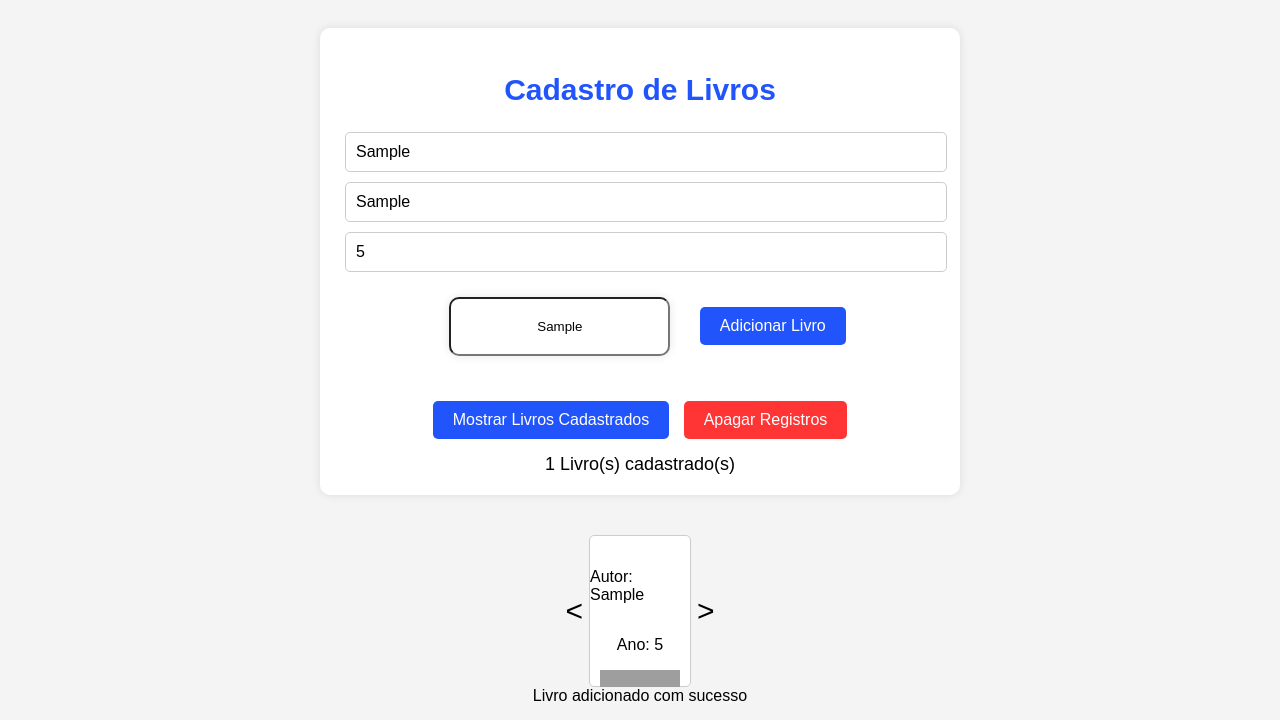
Repository: Matheus904-12/JS-BIN
Page: index.html
These files come from the project's save history. The page is drawn as it stood at one moment and after a run of saves; the edit follows.
The browser window is 1280 px wide. The pictures show the whole page.
Empty fields were first filled with sample values (such as "Sample", 5 or name@example.com).
After loading, the first visible `#adicionar` was clicked once.
Pictures or frames that could not be fetched are drawn as grey boxes.

Above is the page before, as saved 2023-09-10 21:29:16.

### index.html
<!DOCTYPE html>
<html lang="pt-br">

<head>
    <meta charset="UTF-8">
    <meta name="viewport" content="width=device-width, initial-scale=1.0">
    <title>Biblioteca</title>
    <link rel="stylesheet" href="style.css">
</head>

<body>
    <section class="container">
        <h1 class="titulo">Cadastro de Livros</h1>
        <div class="formulario">
            <input class="input" id="nome" placeholder="Título do Livro" type="text">
            <input class="input" id="autor" placeholder="Autor" type="text">
            <input class="input" id="ano" placeholder="Ano de Publicação" type="number">
            <input class="container form txt" id="urlImagem" placeholder="URL da Imagem" type="text">

            <button class="botao" id="adicionar">Adicionar Livro</button>
        </div>
        <div class="botoes">
            <button class="botao" id="mostrar">Mostrar Livros Cadastrados</button>
            <button class="botao" id="remover">Apagar Registros</button>
        </div>
        <div id="information" class="informacao"></div>
    </section>

    <section class="carrossel">
        <button class="seta" id="ante">&lt;</button>
        <div id="livros" class="livros-box"></div>
        <button class="seta" id="prox">&gt;</button>
    </section>

    <script src="script.js"></script>
</body>

</html>

### style.css
/* Adicione este CSS ao seu arquivo style.css */

body {
    font-family: Arial, sans-serif;
    background-color: #f4f4f4;
    display: flex;
    flex-direction: column;
    align-items: center;
}

.container {
    background-color: #fff;
    border-radius: 10px;
    padding: 20px;
    margin: 20px;
    text-align: center;
    max-width: 600px;
    box-shadow: 0 0 10px rgba(0, 0, 0, 0.1);
}

.titulo {
    font-size: 30px;
    margin-bottom: 20px;
    color: #2154fb;
}

.formulario {
    margin-bottom: 20px;
}

.input {
    padding: 10px;
    margin: 5px;
    width: calc(100% - 20px);
    border: 1px solid #ccc;
    border-radius: 5px;
    font-size: 16px;
}

.botao {
    padding: 10px 20px;
    margin: 5px;
    border: none;
    border-radius: 5px;
    font-size: 16px;
    cursor: pointer;
}

.botao#adicionar {
    background-color: #2154fb;
    color: #fff;
}

.botao#mostrar {
    background-color: #2154fb;
    color: #fff;
}

.botao#remover {
    background-color: #ff3434;
    color: #fff;
}

.informacao {
    font-size: 18px;
    margin-top: 10px;
}

.carrossel {
    display: flex;
    align-items: center;
    margin-top: 20px;
}

.livros-box {
    display: flex;
    gap: 10px;
    overflow-x: auto;
}

.livro {
    width: 100px;
    height: 150px;
    background-color: #fff;
    border: 1px solid #ccc;
    border-radius: 5px;
    display: flex;
    flex-direction: column;
    justify-content: center;
    align-items: center;
}

.livro img {
    max-width: 80px;
    max-height: 100px;
    object-fit: cover;
}

.seta {
    font-size: 30px;
    background-color: transparent;
    border: none;
    cursor: pointer;
}

.seta:focus {
    outline: none;
}

.mensagem {
    position: fixed;
    bottom: 20px;
    left: 50%;
    transform: translateX(-50%);
    background-color: #4caf50;
    color: white;
    padding: 10px 20px;
    border-radius: 5px;
    opacity: 1;
    transition: opacity 1s;
}

### script.js
const ESTANTE = [];
const IMAGENS = [];

function cadastrar(titulo, autor, ano) {
    let livro = {
        tituloLivro: titulo,
        autorLivro: autor,
        anoPub: ano
    }
    ESTANTE.push(livro);
}

let addButton = document.getElementById('adicionar');
let showButton = document.getElementById('mostrar');
let removeButton = document.getElementById('remover');
let prevButton = document.getElementById('ante');
let nextButton = document.getElementById('prox');
let indice = 0;
let info = document.getElementById('information');
let livrosBox = document.getElementById('livros');

addButton.addEventListener("click", () => {
    let titulo = document.querySelector('#nome').value;
    let autor = document.querySelector('#autor').value;
    let ano = document.querySelector('#ano').value;
    cadastrar(titulo, autor, ano);
    let imgsGuardadas = ['img/img1.png', 'img/img2.png', 'img/img3.png'];
    IMAGENS.push(imgsGuardadas[indice]);
    let novoLivro = document.createElement('div');
    novoLivro.classList.add('livro');
    novoLivro.innerHTML = `<h3>${titulo}</h3><p>Autor: ${autor}</p><p>Ano: ${ano}</p><img src="${IMAGENS[indice]}" alt="${titulo}">`;
    livrosBox.appendChild(novoLivro);
    ++indice;
    info.innerHTML = `${IMAGENS.length} Livro(s) cadastrado(s)`;

    // Adicionando mensagem de sucesso
    let mensagem = document.createElement('div');
    mensagem.classList.add('sucesso');
    mensagem.innerText = 'Livro adicionado com sucesso';
    document.body.appendChild(mensagem);
    setTimeout(() => {
        mensagem.style.opacity = '0';
        setTimeout(() => {
            mensagem.remove();
        }, 1000);
    }, 2000);
});

showButton.addEventListener("click", () => {
    for (let item of ESTANTE) {
        let novo = document.createElement('h2');
        novo.innerHTML = `Livro: ${item.tituloLivro}, Autor(a): ${item.autorLivro}, Ano: ${item.anoPub}`;
        let livrosBox = document.getElementById('livros');
        let novoLivro = document.createElement('div');
        novoLivro.classList.add('livro');
        novoLivro.innerHTML = `<h3>${item.tituloLivro}</h3><p>Autor: ${item.autorLivro}</p><p>Ano: ${item.anoPub}</p><img src="img/default.png" alt="${item.tituloLivro}">`;
        livrosBox.appendChild(novoLivro);
    }
});

removeButton.addEventListener("click", () => {
    let livrosBox = document.getElementById('livros');
    livrosBox.innerHTML = "";
    ESTANTE.length = 0;
    IMAGENS.length = 0;
    info.innerHTML = "Nenhum livro cadastrado";
    indice = 0;
});

let i = 0
let img = document.getElementById('img');

prevButton.addEventListener('click', () => {
    if (i > 0) {
        img.src = IMAGENS[--i];
    }
});

nextButton.addEventListener('click', () => {
    if (i < IMAGENS.length - 1) {
        img.src = IMAGENS[++i];
    }
});

After the next 2 saves:
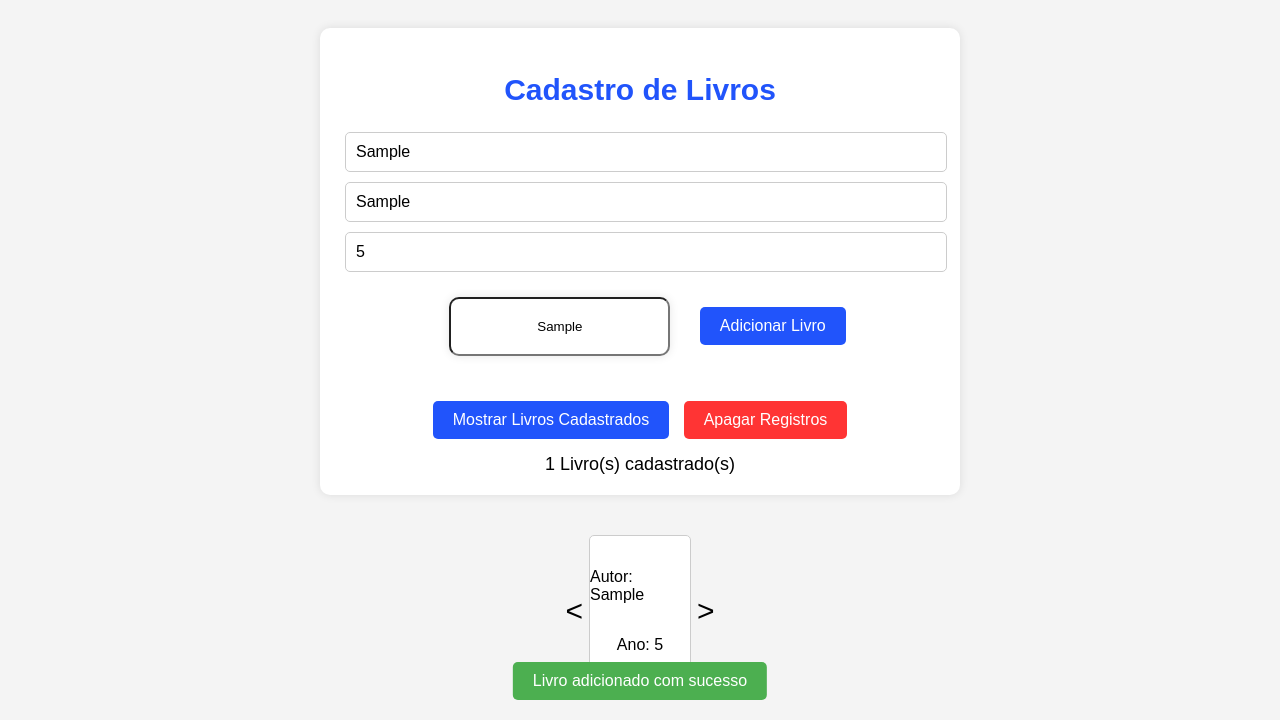
The 2 saves are shown as one change because they came seconds apart.
The last was saved 2 min 5 s later.
--- a/style.css
+++ b/style.css
@@ -107,7 +107,7 @@ body {
     outline: none;
 }
 
-.mensagem {
+.sucesso {
     position: fixed;
     bottom: 20px;
     left: 50%;
